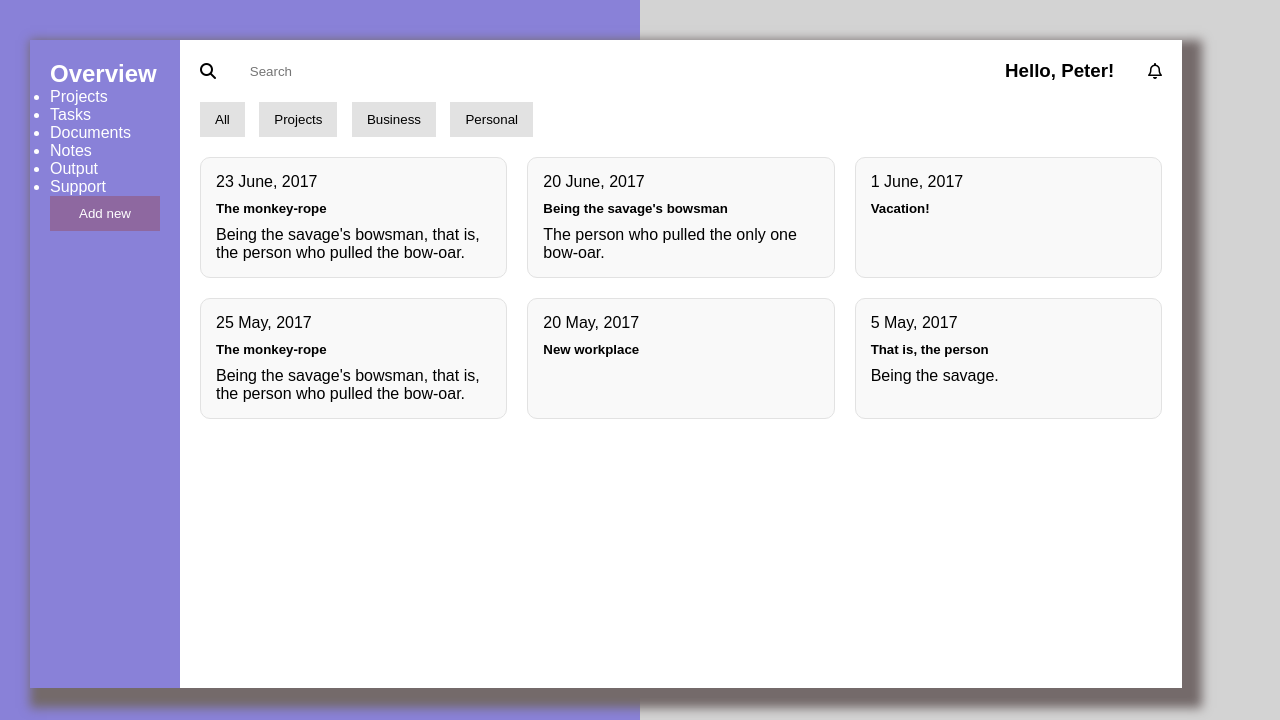
Repository: SatenikGabrielyan/HTML_CSS-_Assignment
Page: index.html
The author's editor kept a copy of each file at every save. The page is drawn from the files as they stood at one save, then again after a run of saves.
The browser window is 1280 px wide. The pictures show the whole page.
Some web libraries are served in a nearby version.

Above is the page before, as saved 2025-03-17 20:49:30.

After the next 4 saves:
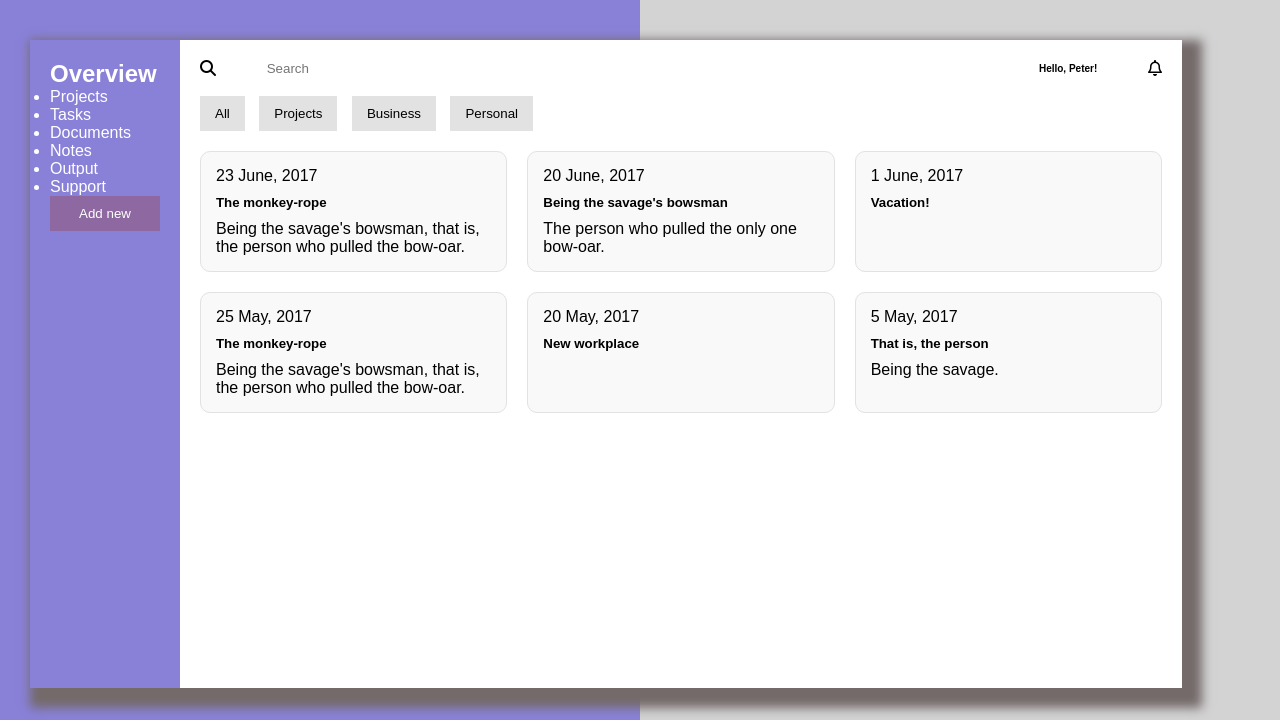
The 4 saves are shown as one change because they came seconds apart.
The last was saved 9 s later.
--- a/style.css
+++ b/style.css
@@ -277,7 +277,8 @@
 
 .header h3 {
     margin: 0;
-    font-size: ;
+    font-size: 10px;
+    color: ;
 }
 
 .tabs {
